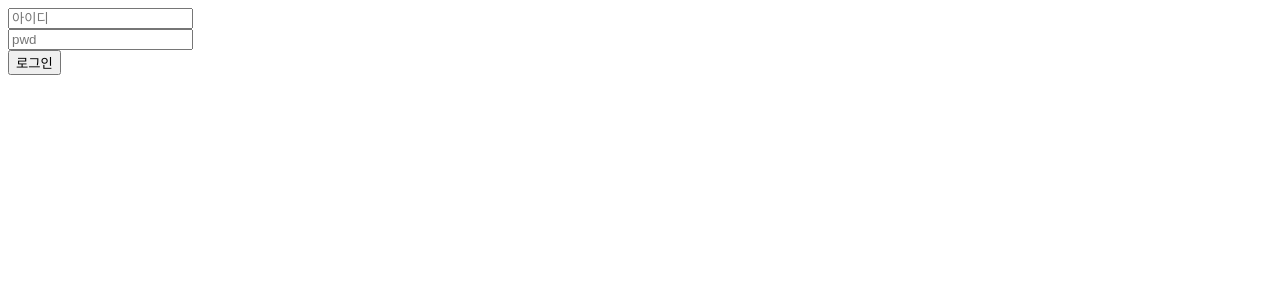
Repository: June0619/Spring_study
Page: http://localhost/cookie_session/login
These files come from the project's save history. The page is drawn as it stood at one moment and after the next save; the edit follows.
The browser window is 1280 px wide. The pictures show the whole page.
The page is served by Tomcat 9. Other server files are loaded and not shown.

Above is the page before, as saved 2019-12-20 05:28:47.

### cookie_session/src/main/webapp/WEB-INF/views/login/login.jsp
<%@ page language="java" contentType="text/html; charset=UTF-8"
    pageEncoding="UTF-8"%>
<!DOCTYPE html>
<html>
<head>
<meta charset="UTF-8">
<title>Insert title here</title>
</head>
<body>
	<form action="chkUser" method="post">
		<input type="text" name="id" placeholder="아이디"><br>
		<input type="text" name="pwd" placeholder="pwd"><br>
		<input type="submit" value="로그인">
	</form>
</body>
</html>

### cookie_session/src/main/webapp/WEB-INF/views/cookie.jsp
<%@ page language="java" contentType="text/html; charset=UTF-8"
    pageEncoding="UTF-8"%>
<%@ taglib uri="http://java.sun.com/jsp/jstl/core" prefix="c" %>
<!DOCTYPE html>
<html>
<head>
<meta charset="UTF-8">
<title>Insert title here</title>
</head>
<script>
	function popup(){
		console.log("cookie=>" + "${cook}");
		if("${cook}"==""){
			window.open('popup', '',"width=400, height=300, top=500, left=500");
		}
	}
</script>
<body onload="popup()">
	<h2>cookie Page</h2>

After the next save:
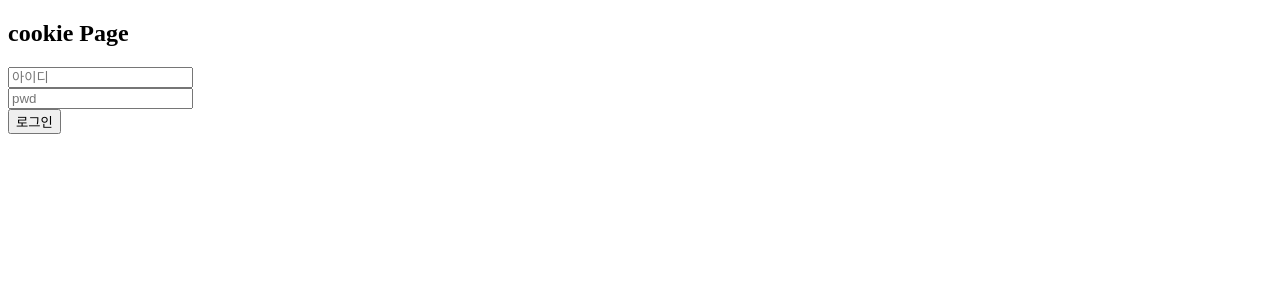
Saved 43 s later.
--- a/cookie_session/src/main/webapp/WEB-INF/views/login/login.jsp
+++ b/cookie_session/src/main/webapp/WEB-INF/views/login/login.jsp
@@ -1,11 +1,6 @@
 <%@ page language="java" contentType="text/html; charset=UTF-8"
     pageEncoding="UTF-8"%>
-<!DOCTYPE html>
-<html>
-<head>
-<meta charset="UTF-8">
-<title>Insert title here</title>
-</head>
+<jsp:include page="../cookie.jsp"/>
 <body>
 	<form action="chkUser" method="post">
 		<input type="text" name="id" placeholder="아이디"><br>
